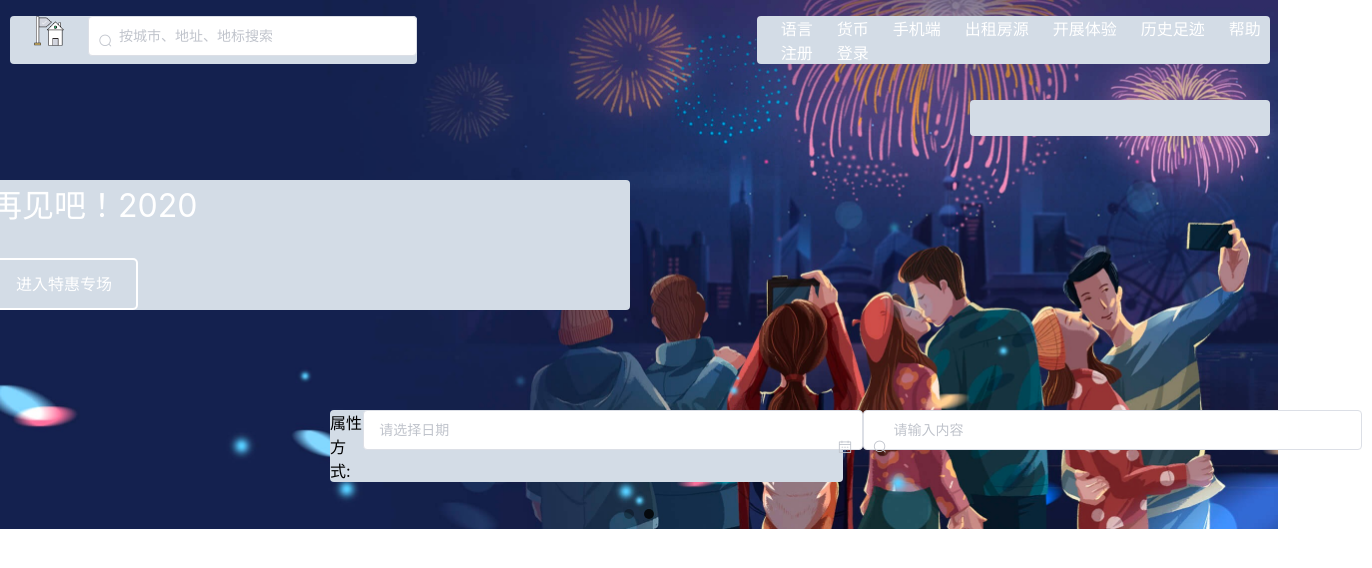
Repository: yz1181214391/my-airbnb
Page: /
These files come from the project's save history. The page is drawn as it stood at one moment and after the next save; the edit follows.
The browser window is 1280 px wide. The page is 1362 px wide, then 1372 px, so the pictures cover 1372 px, including what lies to the right of the window. The pictures show the whole page.
The project was rebuilt for these pictures with package versions that can differ from the ones it lists, and the page was loaded fresh each time. Also part of the build but not shown: src/views/Language.vue, src/views/Currency.vue, src/views/Enter.vue, src/views/Experience.vue, src/views/Help.vue, src/views/History.vue, src/views/Mobile.vue, src/views/Register.vue and 1 more.

Above is the page before, as saved 2020-12-11 10:53:20.

After the next save:
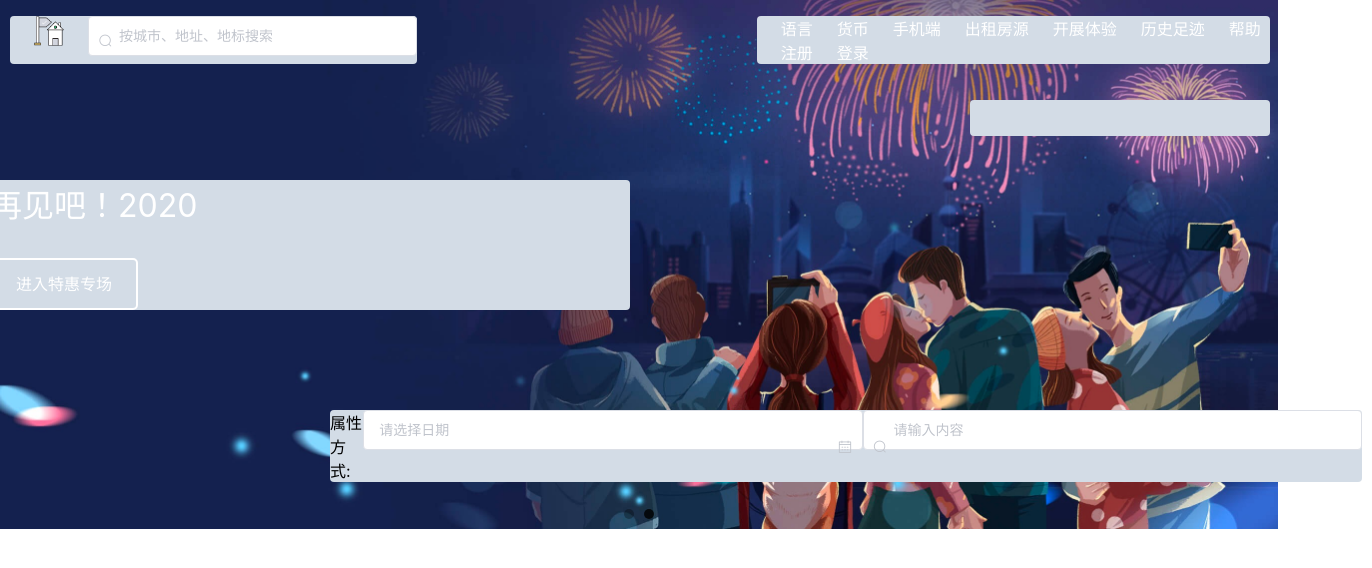
Saved 8 s later.
--- a/src/components/Header.vue
+++ b/src/components/Header.vue
@@ -31,7 +31,7 @@
         <el-col :span="6" :offset="6"><div class="grid-content bg-purple"></div></el-col>
       </el-row>
       <el-row :gutter="20">
-        <el-col :span="10" :offset="6" >
+        <el-col :span="24" :offset="6" >
           <div class="grid-content bg-purple">
             <div class="demo-input-suffix" style="display:flex;width:1032px;height:72px;">
               属性方式:
